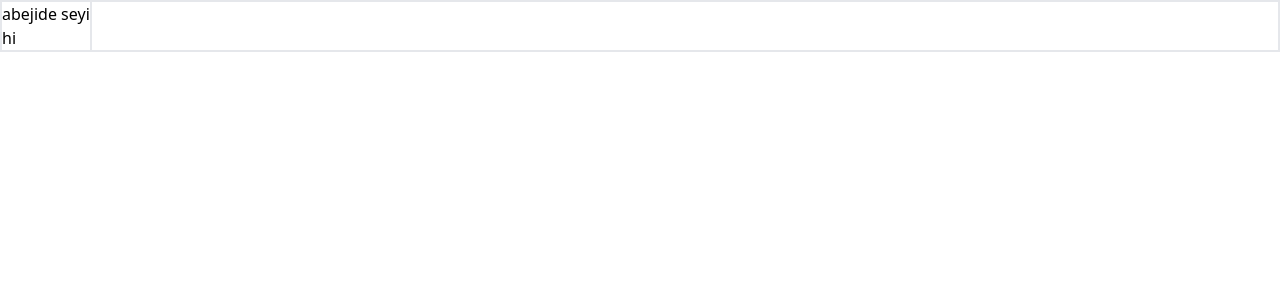
Repository: Semanmernstack/chat-mini
Page: /
An editor plug-in stored every save of this project. The page is shown before and after the next save, followed by the edit.
The browser window is 1280 px wide. The pictures show the whole page.
The project was rebuilt for these pictures with package versions that can differ from the ones it lists, and the page was loaded fresh each time. Also part of the build but not shown: src/features/counter/Counter.module.css, src/features/counter/Counter.js.

Above is the page before, as saved 2022-11-14 05:19:30.

After the next save:
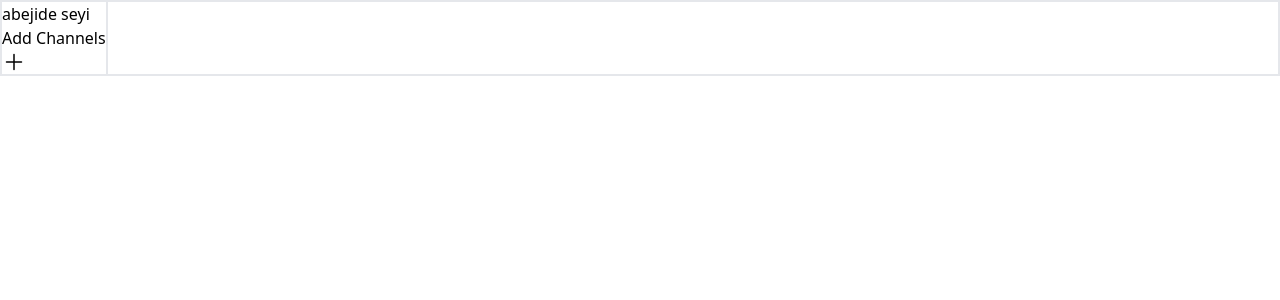
Saved 58 s later.
--- a/src/Sidebar.js
+++ b/src/Sidebar.js
@@ -8,7 +8,10 @@ function Sidebar() {
         </div>
         <div>
 
-           <h2>hi</h2>
+           <h1>Add Channels</h1>
+           <svg xmlns="http://www.w3.org/2000/svg" fill="none" viewBox="0 0 24 24" strokeWidth={1.5} stroke="currentColor" className="w-6 h-6">
+                <path strokeLinecap="round" strokeLinejoin="round" d="M12 4.5v15m7.5-7.5h-15" />
+            </svg>
 
         </div>
     </div>
